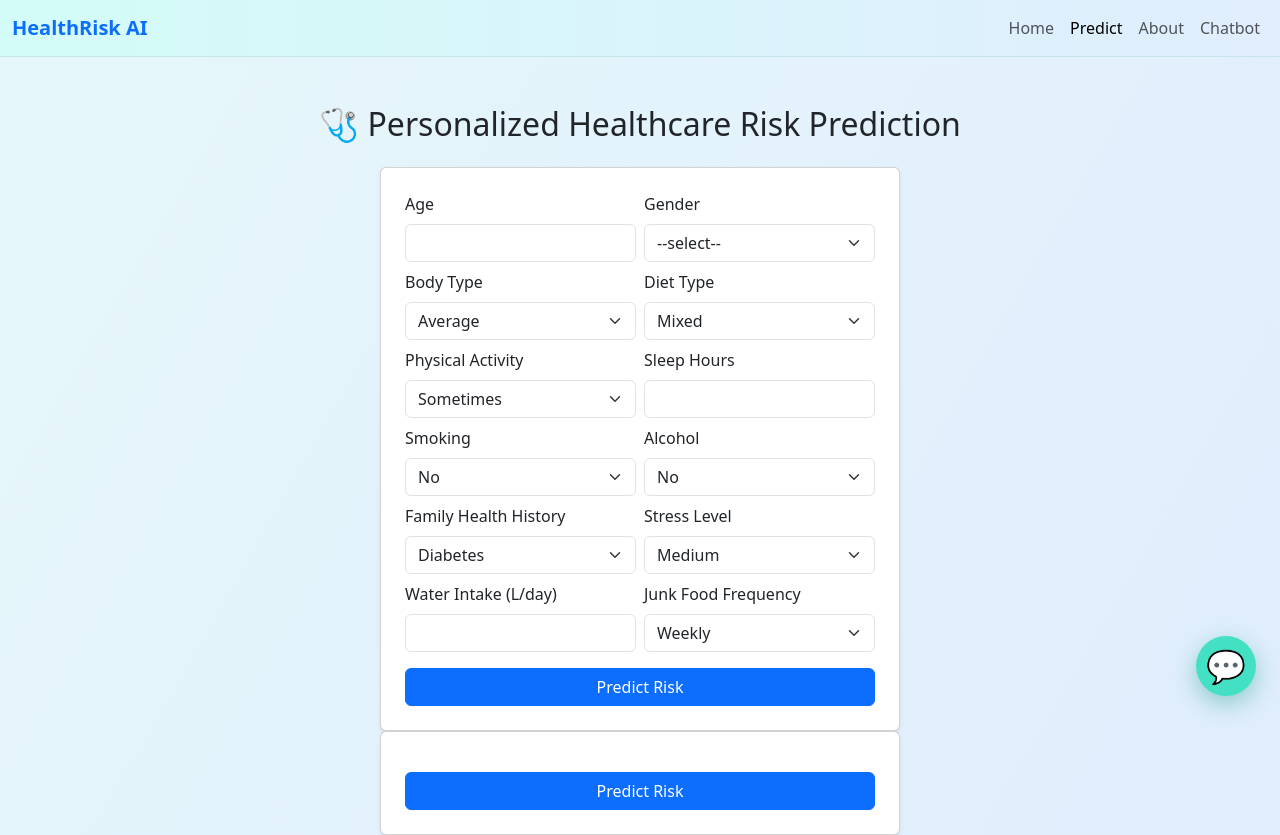
Repository: vipinsamy-sys/ML-health_tracker
Page: http://localhost/
These files come from the project's save history. The page is drawn as it stood at one moment and after the next save; the edit follows.
The browser window is 1280 px wide. The pictures show the whole page.
The page is served by the project's application, run on Flask 3 (app.py).

Above is the page before, as saved 2025-10-31 04:28:43.

### templates/index.html
<!DOCTYPE html>
<html lang="en">
<head>
  <meta charset="UTF-8">
  <title>Predict - HealthRisk AI</title>
  <link rel="stylesheet" href="https://cdn.jsdelivr.net/npm/bootstrap@5.3.0/dist/css/bootstrap.min.css">
 <style>
    body {
      background: linear-gradient(120deg, #e6f7fa 0%, #e0edfd 100%);
    }
    .navbar { background: linear-gradient(90deg, #d3fcf8 0%, #e0edfd 100%); border-bottom: 1px solid #c3e6e7; }
    .chatbot-fab { position: fixed; right: 24px; bottom: 24px; z-index: 999; width: 60px; height: 60px; border-radius: 50%; font-size: 2rem; background: #44e0c4; color: #fff; border: none; box-shadow: 0 8px 24px #60b8b1a8; }
    .chatbot-fab:hover { box-shadow: 0 16px 32px #60b8b1c0; background: #13b295; }
    .chatbot-popup { position: fixed; right: 24px; bottom: 100px; width: 330px; max-width: 95vw; border-radius: 18px; background: #f0fcfc; box-shadow: 0 8px 32px rgba(70,120,140,0.16); overflow: hidden; z-index:1100 }
    .chatbot-header { background: #23c9b2;color:#fff; padding:.75rem 1.2rem; display:flex;align-items:center;justify-content:space-between; }
    .chatbot-body { max-height: 200px; overflow-y: auto; padding: 1rem 1rem 0.5rem 1rem; color: #216164; background: #f7fafb; font-size: 0.98rem; }
    .chatbot-footer { background: #fff; padding: 0.5rem 1rem; border-top: 1px solid #d3fcf8; }
  </style>
</head>
 <!-- Navbar -->
  <nav class="navbar navbar-expand-lg navbar-light">
    <div class="container-fluid">
      <a class="navbar-brand fw-bold text-primary" href="index.html">HealthRisk AI</a>
      <button class="navbar-toggler" type="button" data-bs-toggle="collapse" data-bs-target="#navbarNav" aria-controls="navbarNav">
        <span class="navbar-toggler-icon"></span>
      </button>
      <div class="collapse navbar-collapse" id="navbarNav">
        <ul class="navbar-nav ms-auto">
          <li class="nav-item"><a class="nav-link" href="index.html">Home</a></li>
          <li class="nav-item"><a class="nav-link active" href="predict.html">Predict</a></li>
          <li class="nav-item"><a class="nav-link" href="about.html">About</a></li>
          <li class="nav-item"><a class="nav-link" href="#" onclick="openChatbot();return false;">Chatbot</a></li>
        </ul>
      </div>
    </div>
  </nav>
<body class="bg-light">
  <div class="container text-center mt-5">
    <h2 class="mb-4">🩺 Personalized Healthcare Risk Prediction</h2>
    <form action="/predict" method="POST" class="card p-4 shadow-sm mx-auto" style="max-width:520px; text-align:left;">
      <div class="row g-2">
        <div class="col-6">
          <label class="form-label">Age</label>
          <input type="number" class="form-control" name="age" required>
        </div>
        <div class="col-6">
          <label class="form-label">Gender</label>
          <select class="form-select" name="gender" required>
            <option value="" disabled selected>--select--</option>
            <option value="Male">Male</option>
            <option value="Female">Female</option>
            <option value="Other">Other</option>
          </select>
        </div>
        <div class="col-6">
          <label class="form-label">Body Type</label>
          <select class="form-select" name="body_type" required>
          <option value="" disabled selected>--select--</option>

            <option value="Slim">Slim</option>
            <option value="Average" selected>Average</option>
            <option value="Overweight">Overweight</option>
          </select>
        </div>
        <div class="col-6">
          <label class="form-label">Diet Type</label>


          <select class="form-select" name="diet_type" required>
                        <option value="" disabled selected>--select--</option>

            <option value="Vegetarian">Vegetarian</option>
            <option value="Mixed" selected>Mixed</option>
            <option value="Fast-food lover">Fast-food lover</option>
          </select>
        </div>
        <div class="col-6">
          <label class="form-label">Physical Activity</label>
          <select class="form-select" name="physical_activity" required>
                        <option value="" disabled selected>--select--</option>

            <option value="Rarely">Rarely</option>
            <option value="Sometimes" selected>Sometimes</option>
            <option value="Regularly">Regularly</option>
          </select>
        </div>
        <div class="col-6">
          <label class="form-label">Sleep Hours</label>
          <input type="number" step="0.1" class="form-control" name="sleep_hours" required>
        </div>
        <div class="col-6">
          <label class="form-label">Smoking</label>
          <select class="form-select" name="smoking" required>
                        <option value="" disabled selected>--select--</option>

            <option value="No" selected>No</option>
            <option value="Yes">Yes</option>
          </select>
        </div>
        <div class="col-6">
          <label class="form-label">Alcohol</label>
          <select class="form-select" name="alcohol" required>
                        <option value="" disabled selected>--select--</option>

            <option value="No" selected>No</option>
            <option value="Yes">Yes</option>
          </select>
        </div>
        <div class="col-6">
          <label class="form-label">Family Health History</label>
          <select class="form-select" name="family_history" required>
                        <option value="" disabled selected>--select--</option>

            <option value="None">None</option>
            <option value="Diabetes" selected>Diabetes</option>
            <option value="Heart Issues">Heart Issues</option>
          </select>
        </div>
        <div class="col-6">
          <label class="form-label">Stress Level</label>
          <select class="form-select" name="stress_level" required>
                        <option value="" disabled selected>--select--</option>

            <option value="Low">Low</option>
            <option value="Medium" selected>Medium</option>
            <option value="High">High</option>
          </select>
        </div>
        <div class="col-6">
          <label class="form-label">Water Intake (L/day)</label>
          <input type="number" step="0.1" class="form-control" name="water_intake_liters" required>
        </div>
        <div class="col-6">
          <label class="form-label">Junk Food Frequency</label>
          <select class="form-select" name="junk_food_freq" required>
                        <option value="" disabled selected>--select--</option>

            <option value="Rarely">Rarely</option>
            <option value="Weekly" selected>Weekly</option>
            <option value="Daily">Daily</option>
          </select>
        </div>
      </div>
      <button class="btn btn-primary w-100 mt-3">Predict Risk</button>
    </form>
    {% if result %}
      <div class="alert alert-info mt-4">{{ result }}</div>
    {% endif %}
    <!-- Floating Chatbot Button -->
  <button class="chatbot-fab" id="open-fab" onclick="openChatbot();" title="Open Chatbot">💬</button>
  <div class="chatbot-popup d-none" id="chatbotPopup">
    <div class="chatbot-header">
      <span><b>HealthBot</b></span>
      <button onclick="closeChatbot();" class="btn btn-sm btn-light">&times;</button>
    </div>
    <div class="chatbot-body" id="chatBody">
      <div class="text-secondary small mb-2">Ask about health, diet, or prevention tips!</div>
    </div>
    <div class="chatbot-footer d-flex">
      <input type="text" class="form-control me-2" id="chatInput" placeholder="Type your question...">
      <button class="btn btn-success" id="chatSend">Send</button>
    </div>
  </div>
  <form id="healthForm" action="/predict" method="POST" class="card p-4 shadow-sm mx-auto" style="max-width:520px; text-align:left;">
  <!-- your input fields here -->
  <button class="btn btn-primary w-100 mt-3">Predict Risk</button>
</form>

<script>
document.getElementById("healthForm").addEventListener("submit", function(event) {
  const selects = document.querySelectorAll("select");
  for (const select of selects) {
    if (select.value === "" || select.value === "select") {
      alert("⚠️ Please select a valid option for all fields.");
      event.preventDefault();
      return;
    }
  }
});
</script>

  <script>
    function openChatbot() {
      document.getElementById('chatbotPopup').classList.remove('d-none');
      document.getElementById('open-fab').style.display = 'none';
    }
    function closeChatbot() {
      document.getElementById('chatbotPopup').classList.add('d-none');
      document.getElementById('open-fab').style.display = '';
    }
    function showResult(event) {
      event.preventDefault();
      document.getElementById('resultBox').classList.remove('d-none');
    }
    // Chatbox logic (calls Flask /api/chat on the same origin)
    (function(){
      const chatBody = document.getElementById('chatBody');
      const chatInput = document.getElementById('chatInput');
      const chatSend = document.getElementById('chatSend');

      function appendMessage(role, text){
        const wrap = document.createElement('div');
        wrap.className = role === 'user' ? 'text-end mb-2' : 'text-start mb-2';
        const bubble = document.createElement('div');
        bubble.className = role === 'user' ? 'd-inline-block px-3 py-2 bg-primary text-white rounded-3' : 'd-inline-block px-3 py-2 bg-white border rounded-3';
        bubble.textContent = text;
        wrap.appendChild(bubble);
        chatBody.appendChild(wrap);
        chatBody.scrollTop = chatBody.scrollHeight;
      }

      async function sendMessage(){
        const msg = (chatInput.value || '').trim();
        if(!msg) return;
        appendMessage('user', msg);
        chatInput.value = '';

        const thinking = document.createElement('div');
        thinking.className = 'text-start mb-2 text-secondary small';
        thinking.textContent = 'Thinking…';
        chatBody.appendChild(thinking);
        chatBody.scrollTop = chatBody.scrollHeight;

        try{
          const res = await fetch('/api/chat', {
            method: 'POST',
            headers: { 'Content-Type': 'application/json' },
            body: JSON.stringify({ message: msg })
          });
          const data = await res.json();
          thinking.remove();
          if(data && data.reply){
            appendMessage('assistant', data.reply);
          } else if (data && data.error){
            appendMessage('assistant', 'Error: ' + data.error);
          } else {
            appendMessage('assistant', 'No response.');
          }
        }catch(err){
          thinking.remove();
          appendMessage('assistant', 'Network error.');
        }
      }

      chatSend.addEventListener('click', sendMessage);
      chatInput.addEventListener('keydown', function(e){ if(e.key === 'Enter'){ sendMessage(); }});
    })();
  </script>
  </div>
</body>
</html>

### app.py
from flask import Flask, request, render_template, jsonify
import joblib
import numpy as np

app = Flask(__name__)

model = joblib.load('model/model.pkl')

@app.route('/')
def home():
    return render_template('index.html')

@app.route('/predict', methods=['POST'])
def predict():
    try:
        age = float(request.form['age'])
        bmi = float(request.form['bmi'])
        bp = float(request.form['bp'])
        glucose = float(request.form['glucose'])

        input_data = np.array([[age, bmi, bp, glucose]])
        prediction = model.predict(input_data)[0]

        result = "⚠️ High Risk" if prediction == 1 else "✅ Low Risk"
        return render_template('index.html', result=result)

    except Exception as e:
        return jsonify({'error': str(e)})

if __name__ == "__main__":
    app.run(debug=True)

After the next save:
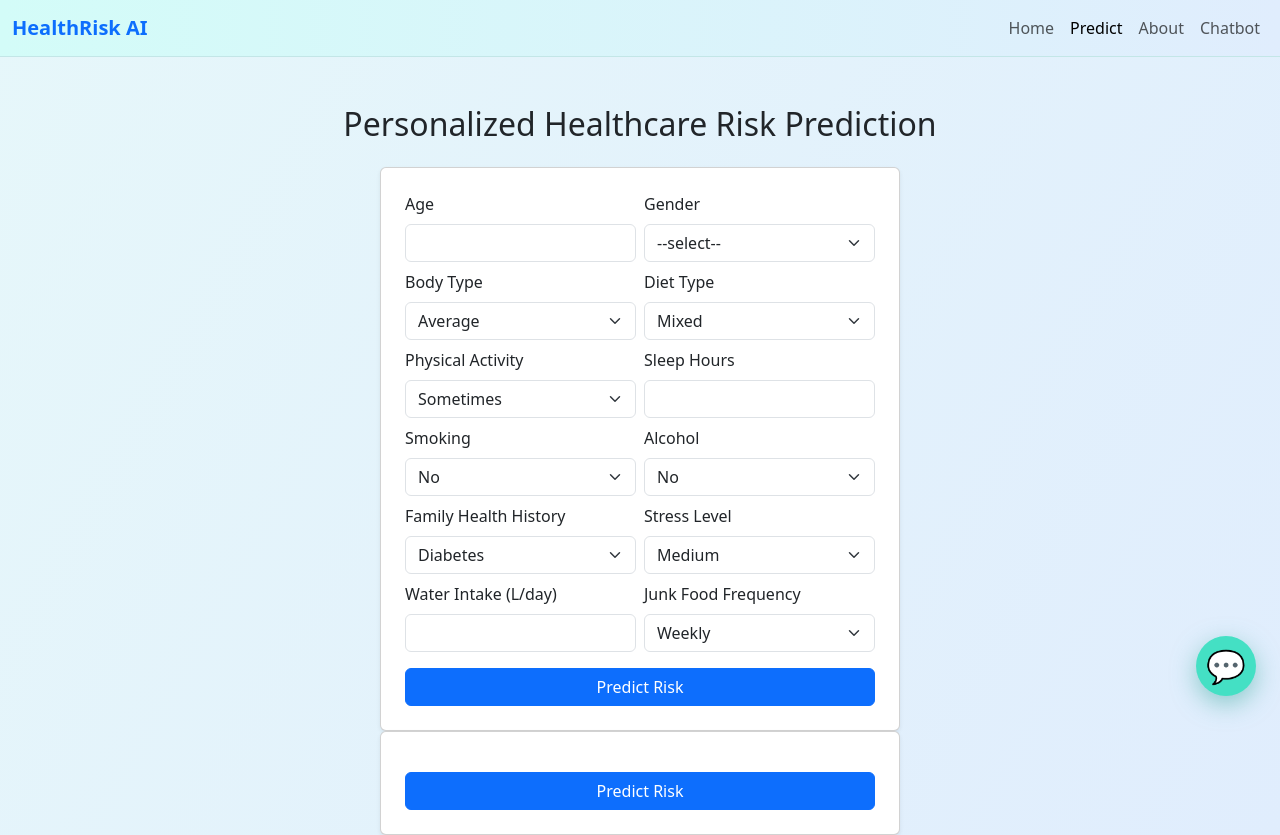
Saved 2 min 23 s later.
--- a/templates/index.html
+++ b/templates/index.html
@@ -36,7 +36,7 @@
   </nav>
 <body class="bg-light">
   <div class="container text-center mt-5">
-    <h2 class="mb-4">🩺 Personalized Healthcare Risk Prediction</h2>
+    <h2 class="mb-4"> Personalized Healthcare Risk Prediction</h2>
     <form action="/predict" method="POST" class="card p-4 shadow-sm mx-auto" style="max-width:520px; text-align:left;">
       <div class="row g-2">
         <div class="col-6">
